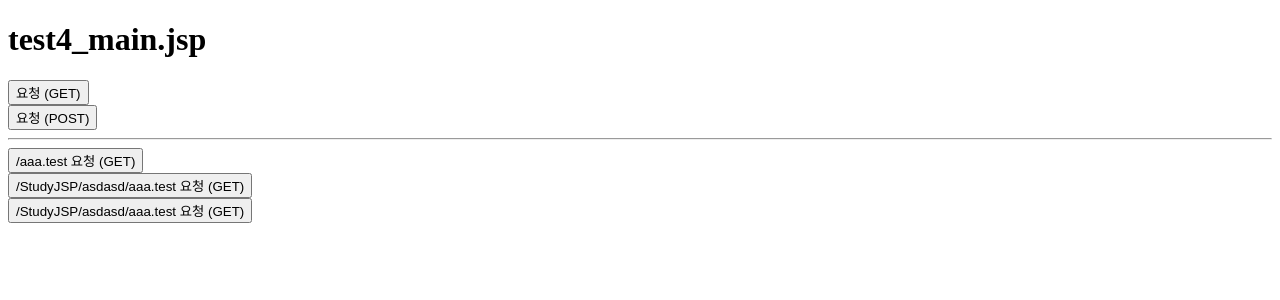
Repository: junesse-afk/ITJSP
Page: http://localhost/StudyJSP/jsp09_servlet/test4_main.jsp
An editor plug-in stored every save of this project. The page is shown before and after the next save, followed by the edit.
The browser window is 1280 px wide. The pictures show the whole page.
The page is served by Tomcat 10. Other server files are loaded and not shown.

Above is the page before, as saved 2024-11-26 07:42:57.

### workspace_jsp/StudyJSP/src/main/webapp/jsp09_servlet/test4_main.jsp
<%@ page language="java" contentType="text/html; charset=UTF-8"
    pageEncoding="UTF-8"%>
<!DOCTYPE html>
<html>
<head>
<meta charset="UTF-8">
<title>Insert title here</title>
</head>
<body>

	<h1>test4_main.jsp</h1>
	<form action="asdasd.test" method="get">
		<input type="submit" value="요청 (GET)">
	</form>
	<form action="qwer.test" method="post">
		<input type="submit" value="요청 (POST)">
	</form>
	<hr>

	<form action="/aaa.test" method="get">
		<input type="submit" value="/aaa.test 요청 (GET)">
	</form>

	<form action="/StudyJSP/asdasd/aaa.test" method="get">
		<input type="submit" value="/StudyJSP/asdasd/aaa.test 요청 (GET)">
	</form>
	<form action="${pageContext.request.contextPath}/aaa.test" method="get">
		<input type="submit" value="/StudyJSP/asdasd/aaa.test 요청 (GET)">
	</form>

</body>
</html>

After the next save:
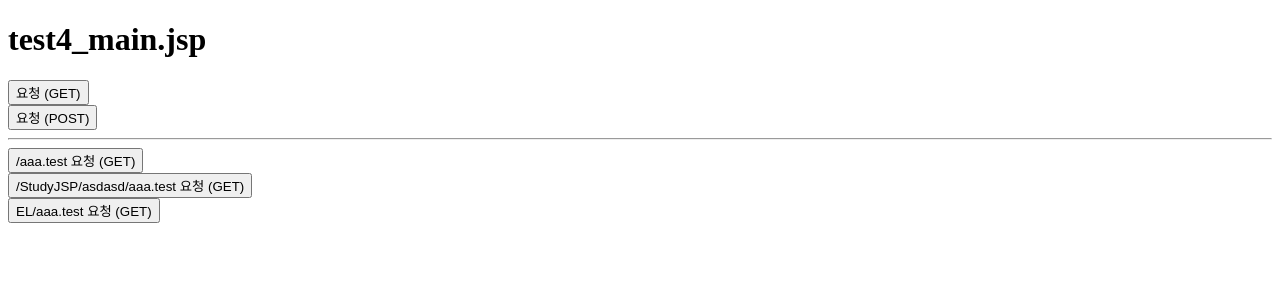
Saved 5 s later.
--- a/workspace_jsp/StudyJSP/src/main/webapp/jsp09_servlet/test4_main.jsp
+++ b/workspace_jsp/StudyJSP/src/main/webapp/jsp09_servlet/test4_main.jsp
@@ -25,7 +25,7 @@
 		<input type="submit" value="/StudyJSP/asdasd/aaa.test 요청 (GET)">
 	</form>
 	<form action="${pageContext.request.contextPath}/aaa.test" method="get">
-		<input type="submit" value="/StudyJSP/asdasd/aaa.test 요청 (GET)">
+		<input type="submit" value="EL/aaa.test 요청 (GET)">
 	</form>
 
 </body>
